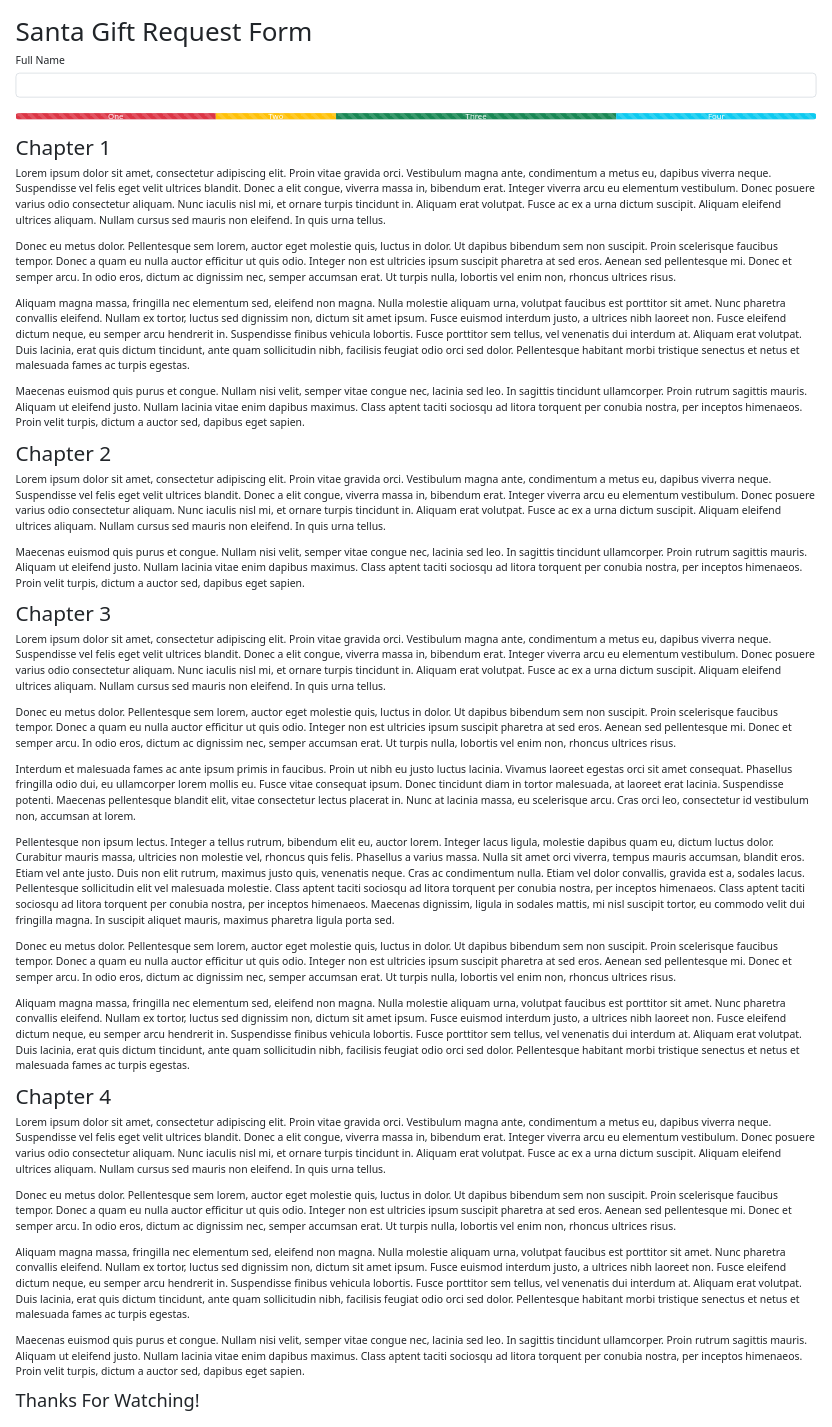
Repository: sarahlochhead/check-santas-list
Page: index.html
The author's editor kept a copy of each file at every save. The page is drawn from the files as they stood at one save, then again after a run of saves.
The browser window is 1280 px wide. The pictures show the whole page, at 65% of full size.

Above is the page before, as saved 2022-11-25 21:28:27.

### index.html
<!DOCTYPE html>
<html lang="en">
<head>
    <meta charset="utf-8">
    <meta name="viewport" content="width=device-width, initial-scale=1, shrink-to-fit=no">
    <title>Progress Bar | Bootstrap</title>
    <!-- The purpose of progress bars is to show something is loading, in progress, or action taking place with elements on the page. -->
    <!-- STEP 1: Link to Bootstrap CSS -->
    <link href="https://cdn.jsdelivr.net/npm/bootstrap@5.2.3/dist/css/bootstrap.min.css"  rel="stylesheet" integrity="sha384-rbsA2VBKQhggwzxH7pPCaAqO46MgnOM80zW1RWuH61DGLwZJEdK2Kadq2F9CUG65" crossorigin="anonymous">
</head>
<body class="m-4">
    <!-- STEP 3: Review the HTML for the page -->
    <main>
        <h1>Santa Gift Request Form</h1>

        <form>
            <label for="fullName" class="form-label">Full Name</label>
            <input type="text" class="form-control" id="fullName" />


        </form>
        <!-- STEP 4: Create a div and add .progress and some top and bottom margin -->
        <div class="progress mt-4 mb-4 sticky-top" style="height: 10px;">
            <!-- STEP 5: Create another div .progress-bar. Add the appropriate roles and aria attributes (b/c this is not the HTML5 semantic element <progress>)-->
            <div class="progress-bar bg-danger progress-bar-striped progress-bar-animated" role="progressbar" aria-label="Long Read Progress Bar" style="width:25%" aria-valuenow="25" aria-valuemin="0" aria-valuemax="100">One</div>
            <!-- STEP 6: Change the value of width property to 50% percentage and see what happens Note: The aria-valuenow should also be changed -->
            <!-- STEP 7: Add a label to the progress-bar adding text in the div -->
            <!-- STEP 8: Add a bootstrap background color to the progress-bar (bg-success bg-info bg-warning) -->
            <!-- STEP 9: Try adding a bootstrap class of .progress-bar-striped and .progress-bar-animated to the .progress-bar -->
            <!-- STEP 10: Create three more inner divs .progress bar and change the color and width. (copy/paste) -->
            <div class="progress-bar bg-warning progress-bar-striped progress-bar-animated" role="progressbar" aria-label="Long Read Progress Bar" style="width:15%" aria-valuenow="15" aria-valuemin="0" aria-valuemax="100">Two</div>
            <div class="progress-bar bg-success progress-bar-striped progress-bar-animated" role="progressbar" aria-label="Long Read Progress Bar" style="width:35%" aria-valuenow="35" aria-valuemin="0" aria-valuemax="100">Three</div>
            <div class="progress-bar bg-info progress-bar-striped progress-bar-animated" role="progressbar" aria-label="Long Read Progress Bar" style="width:25%" aria-valuenow="25" aria-valuemin="0" aria-valuemax="100">Four</div>
            <!-- STEP 11: Set a height on the div.progress -->
            <!-- STEP 12: give the the div.progress a position class .sticky-top -->
        </div> <!-- .progress -->
        <section id="chapter1">
            <h2>Chapter 1</h2>
            <p>
                Lorem ipsum dolor sit amet, consectetur adipiscing elit. Proin vitae gravida orci. Vestibulum magna
                ante, condimentum a metus eu, dapibus viverra neque. Suspendisse vel felis eget velit ultrices blandit.
                Donec a elit congue, viverra massa in, bibendum erat. Integer viverra arcu eu elementum vestibulum.
                Donec posuere varius odio consectetur aliquam. Nunc iaculis nisl mi, et ornare turpis tincidunt in.
                Aliquam erat volutpat. Fusce ac ex a urna dictum suscipit. Aliquam eleifend ultrices aliquam. Nullam
                cursus sed mauris non eleifend. In quis urna tellus.
            </p>
            <p>
                Donec eu metus dolor. Pellentesque sem lorem, auctor eget molestie quis, luctus in dolor. Ut dapibus
                bibendum sem non suscipit. Proin scelerisque faucibus tempor. Donec a quam eu nulla auctor efficitur ut
                quis odio. Integer non est ultricies ipsum suscipit pharetra at sed eros. Aenean sed pellentesque mi.
                Donec et semper arcu. In odio eros, dictum ac dignissim nec, semper accumsan erat. Ut turpis nulla,
                lobortis vel enim non, rhoncus ultrices risus.
            </p>
            <p>
                Aliquam magna massa, fringilla nec elementum sed, eleifend non magna. Nulla molestie aliquam urna,
                volutpat faucibus est porttitor sit amet. Nunc pharetra convallis eleifend. Nullam ex tortor, luctus sed
                dignissim non, dictum sit amet ipsum. Fusce euismod interdum justo, a ultrices nibh laoreet non. Fusce
                eleifend dictum neque, eu semper arcu hendrerit in. Suspendisse finibus vehicula lobortis. Fusce
                porttitor sem tellus, vel venenatis dui interdum at. Aliquam erat volutpat. Duis lacinia, erat quis
                dictum tincidunt, ante quam sollicitudin nibh, facilisis feugiat odio orci sed dolor. Pellentesque
                habitant morbi tristique senectus et netus et malesuada fames ac turpis egestas.
            </p>
            <p>
                Maecenas euismod quis purus et congue. Nullam nisi velit, semper vitae congue nec, lacinia sed leo. In
                sagittis tincidunt ullamcorper. Proin rutrum sagittis mauris. Aliquam ut eleifend justo. Nullam lacinia
                vitae enim dapibus maximus. Class aptent taciti sociosqu ad litora torquent per conubia nostra, per
                inceptos himenaeos. Proin velit turpis, dictum a auctor sed, dapibus eget sapien.
            </p>
        </section>
        <section id="chapter2">
            <h2>Chapter 2</h2>
            <p>
                Lorem ipsum dolor sit amet, consectetur adipiscing elit. Proin vitae gravida orci. Vestibulum magna
                ante, condimentum a metus eu, dapibus viverra neque. Suspendisse vel felis eget velit ultrices blandit.
                Donec a elit congue, viverra massa in, bibendum erat. Integer viverra arcu eu elementum vestibulum.
                Donec posuere varius odio consectetur aliquam. Nunc iaculis nisl mi, et ornare turpis tincidunt in.
                Aliquam erat volutpat. Fusce ac ex a urna dictum suscipit. Aliquam eleifend ultrices aliquam. Nullam
                cursus sed mauris non eleifend. In quis urna tellus.
            </p>
            <p>
                Maecenas euismod quis purus et congue. Nullam nisi velit, semper vitae congue nec, lacinia sed leo. In
                sagittis tincidunt ullamcorper. Proin rutrum sagittis mauris. Aliquam ut eleifend justo. Nullam lacinia
                vitae enim dapibus maximus. Class aptent taciti sociosqu ad litora torquent per conubia nostra, per
                inceptos himenaeos. Proin velit turpis, dictum a auctor sed, dapibus eget sapien.
            </p>
        </section>
        <section id="chapter3">
            <h2>Chapter 3</h2>
            <p>
                Lorem ipsum dolor sit amet, consectetur adipiscing elit. Proin vitae gravida orci. Vestibulum magna
                ante, condimentum a metus eu, dapibus viverra neque. Suspendisse vel felis eget velit ultrices blandit.
                Donec a elit congue, viverra massa in, bibendum erat. Integer viverra arcu eu elementum vestibulum.
                Donec posuere varius odio consectetur aliquam. Nunc iaculis nisl mi, et ornare turpis tincidunt in.
                Aliquam erat volutpat. Fusce ac ex a urna dictum suscipit. Aliquam eleifend ultrices aliquam. Nullam
                cursus sed mauris non eleifend. In quis urna tellus.
            </p>
            <p>
                Donec eu metus dolor. Pellentesque sem lorem, auctor eget molestie quis, luctus in dolor. Ut dapibus
                bibendum sem non suscipit. Proin scelerisque faucibus tempor. Donec a quam eu nulla auctor efficitur ut
                quis odio. Integer non est ultricies ipsum suscipit pharetra at sed eros. Aenean sed pellentesque mi.
                Donec et semper arcu. In odio eros, dictum ac dignissim nec, semper accumsan erat. Ut turpis nulla,
                lobortis vel enim non, rhoncus ultrices risus.
            </p>
            <p>
                Interdum et malesuada fames ac ante ipsum primis in faucibus. Proin ut nibh eu justo luctus lacinia. Vivamus laoreet egestas orci sit amet consequat. Phasellus fringilla odio dui, eu ullamcorper lorem mollis eu. Fusce vitae consequat ipsum. Donec tincidunt diam in tortor malesuada, at laoreet erat lacinia. Suspendisse potenti. Maecenas pellentesque blandit elit, vitae consectetur lectus placerat in. Nunc at lacinia massa, eu scelerisque arcu. Cras orci leo, consectetur id vestibulum non, accumsan at lorem.
            </p>
            <p>
                Pellentesque non ipsum lectus. Integer a tellus rutrum, bibendum elit eu, auctor lorem. Integer lacus ligula, molestie dapibus quam eu, dictum luctus dolor. Curabitur mauris massa, ultricies non molestie vel, rhoncus quis felis. Phasellus a varius massa. Nulla sit amet orci viverra, tempus mauris accumsan, blandit eros. Etiam vel ante justo. Duis non elit rutrum, maximus justo quis, venenatis neque. Cras ac condimentum nulla. Etiam vel dolor convallis, gravida est a, sodales lacus. Pellentesque sollicitudin elit vel malesuada molestie. Class aptent taciti sociosqu ad litora torquent per conubia nostra, per inceptos himenaeos. Class aptent taciti sociosqu ad litora torquent per conubia nostra, per inceptos himenaeos. Maecenas dignissim, ligula in sodales mattis, mi nisl suscipit tortor, eu commodo velit dui fringilla magna. In suscipit aliquet mauris, maximus pharetra ligula porta sed.
            </p>
            <p>
                Donec eu metus dolor. Pellentesque sem lorem, auctor eget molestie quis, luctus in dolor. Ut dapibus
                bibendum sem non suscipit. Proin scelerisque faucibus tempor. Donec a quam eu nulla auctor efficitur ut
                quis odio. Integer non est ultricies ipsum suscipit pharetra at sed eros. Aenean sed pellentesque mi.
                Donec et semper arcu. In odio eros, dictum ac dignissim nec, semper accumsan erat. Ut turpis nulla,
                lobortis vel enim non, rhoncus ultrices risus.
            </p>
            <p>
                Aliquam magna massa, fringilla nec elementum sed, eleifend non magna. Nulla molestie aliquam urna,
                volutpat faucibus est porttitor sit amet. Nunc pharetra convallis eleifend. Nullam ex tortor, luctus sed
                dignissim non, dictum sit amet ipsum. Fusce euismod interdum justo, a ultrices nibh laoreet non. Fusce
                eleifend dictum neque, eu semper arcu hendrerit in. Suspendisse finibus vehicula lobortis. Fusce
                porttitor sem tellus, vel venenatis dui interdum at. Aliquam erat volutpat. Duis lacinia, erat quis
                dictum tincidunt, ante quam sollicitudin nibh, facilisis feugiat odio orci sed dolor. Pellentesque
                habitant morbi tristique senectus et netus et malesuada fames ac turpis egestas.
            </p>
        </section>
        <section id="chapter4">
            <h2>Chapter 4</h2>
            <p>
                Lorem ipsum dolor sit amet, consectetur adipiscing elit. Proin vitae gravida orci. Vestibulum magna
                ante, condimentum a metus eu, dapibus viverra neque. Suspendisse vel felis eget velit ultrices blandit.
                Donec a elit congue, viverra massa in, bibendum erat. Integer viverra arcu eu elementum vestibulum.
                Donec posuere varius odio consectetur aliquam. Nunc iaculis nisl mi, et ornare turpis tincidunt in.
                Aliquam erat volutpat. Fusce ac ex a urna dictum suscipit. Aliquam eleifend ultrices aliquam. Nullam
                cursus sed mauris non eleifend. In quis urna tellus.
            </p>
            <p>
                Donec eu metus dolor. Pellentesque sem lorem, auctor eget molestie quis, luctus in dolor. Ut dapibus
                bibendum sem non suscipit. Proin scelerisque faucibus tempor. Donec a quam eu nulla auctor efficitur ut
                quis odio. Integer non est ultricies ipsum suscipit pharetra at sed eros. Aenean sed pellentesque mi.
                Donec et semper arcu. In odio eros, dictum ac dignissim nec, semper accumsan erat. Ut turpis nulla,
                lobortis vel enim non, rhoncus ultrices risus.
            </p>
            <p>
                Aliquam magna massa, fringilla nec elementum sed, eleifend non magna. Nulla molestie aliquam urna,
                volutpat faucibus est porttitor sit amet. Nunc pharetra convallis eleifend. Nullam ex tortor, luctus sed
                dignissim non, dictum sit amet ipsum. Fusce euismod interdum justo, a ultrices nibh laoreet non. Fusce
                eleifend dictum neque, eu semper arcu hendrerit in. Suspendisse finibus vehicula lobortis. Fusce
                porttitor sem tellus, vel venenatis dui interdum at. Aliquam erat volutpat. Duis lacinia, erat quis
                dictum tincidunt, ante quam sollicitudin nibh, facilisis feugiat odio orci sed dolor. Pellentesque
                habitant morbi tristique senectus et netus et malesuada fames ac turpis egestas.
            </p>
            <p>
                Maecenas euismod quis purus et congue. Nullam nisi velit, semper vitae congue nec, lacinia sed leo. In
                sagittis tincidunt ullamcorper. Proin rutrum sagittis mauris. Aliquam ut eleifend justo. Nullam lacinia
                vitae enim dapibus maximus. Class aptent taciti sociosqu ad litora torquent per conubia nostra, per
                inceptos himenaeos. Proin velit turpis, dictum a auctor sed, dapibus eget sapien.
            </p>
        </section>
        <footer id="end">
            <h3>Thanks For Watching!</h3>
        </footer>
    </main>
    <!-- STEP 2: Link to Bootstrap JS -->
    <script src="https://cdn.jsdelivr.net/npm/bootstrap@5.2.3/dist/js/bootstrap.bundle.min.js"></script>
</body>
</html>

After the next 2 saves:
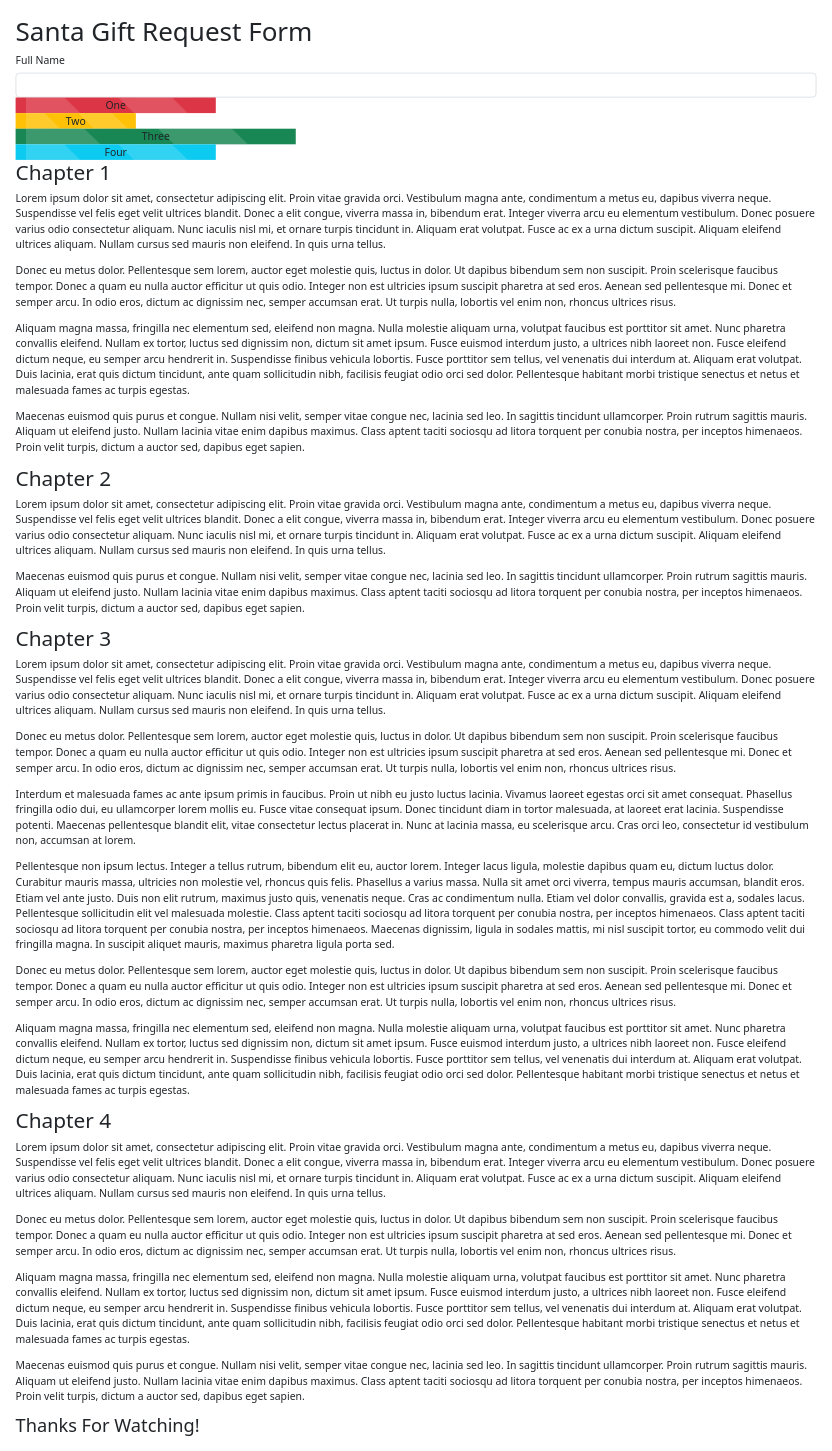
The 2 saves are shown as one change because they came seconds apart.
The last was saved 35 s later.
--- a/index.html
+++ b/index.html
@@ -16,6 +16,8 @@
         <form>
             <label for="fullName" class="form-label">Full Name</label>
             <input type="text" class="form-control" id="fullName" />
+
+            <label for="
 
 
         </form>
